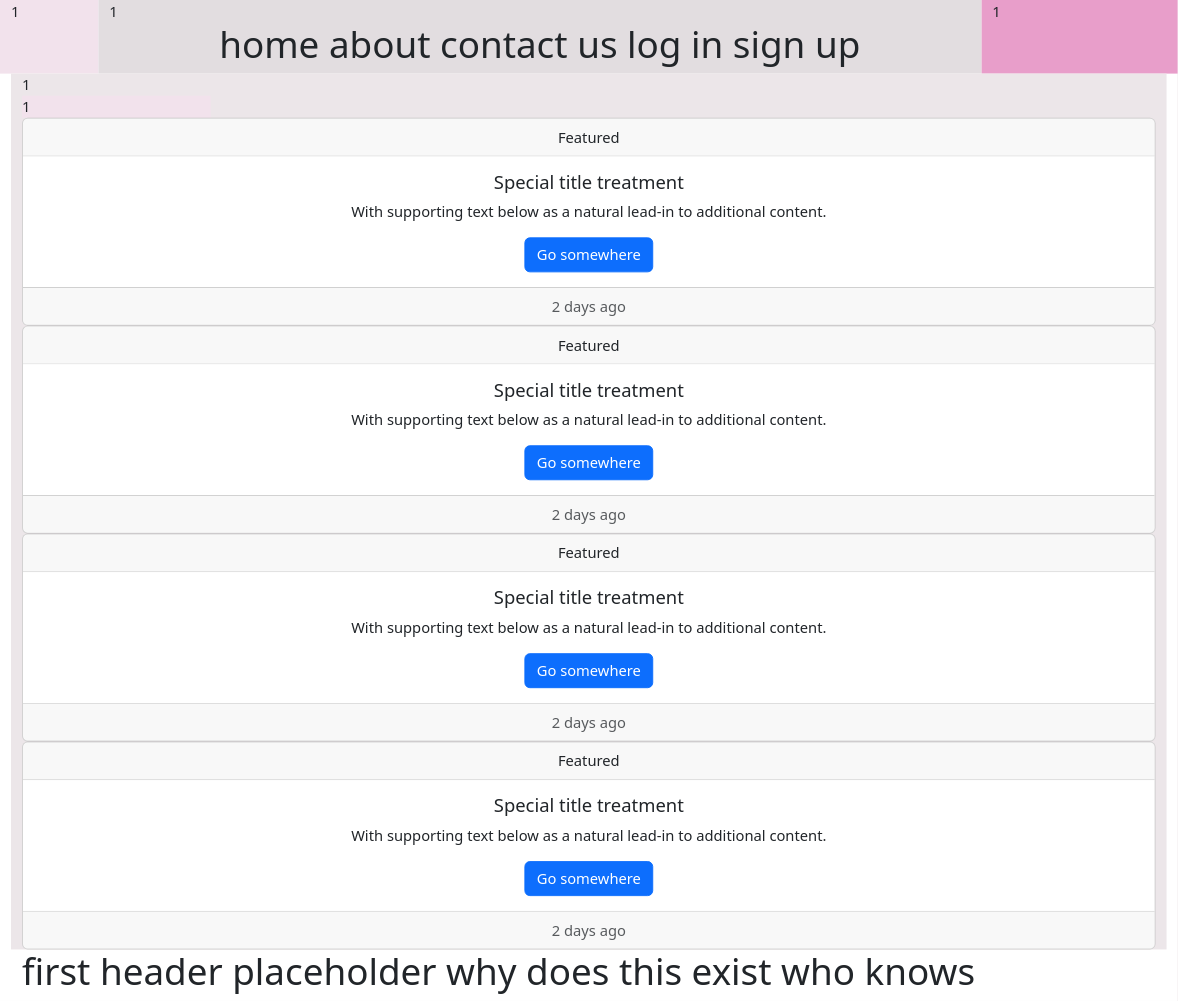
Repository: Treestr/classroom-assistant
Page: templates/homepage.html
These files come from the project's save history. The page is drawn as it stood at one moment and after the next save; the edit follows.
The browser window is 1280 px wide. The pictures show the whole page, at 92% of full size.
The template is drawn by Flask 3. The application's start-up code is not run. Other server files are loaded and not shown. The template is opened directly, without the code that normally fills it, so the values that code supplies are empty.

Above is the page before, as saved 2024-04-21 20:01:12.

### templates/homepage.html
<!DOCTYPE html>
<html lang="en">
  <head>
    <meta charset="utf-8" />
    <meta name="viewport" content="width=device-width, initial-scale=1" />
    <title>Bootstrap demo</title>
    <link
      href="https://cdn.jsdelivr.net/npm/bootstrap@5.3.3/dist/css/bootstrap.min.css"
      rel="stylesheet"
      integrity="sha384-QWTKZyjpPEjISv5WaRU9OFeRpok6YctnYmDr5pNlyT2bRjXh0JMhjY6hW+ALEwIH"
      crossorigin="anonymous"
    />
  </head>
  <body>
    <div class="container-fluid">
      <div class="row">
        <div class="col-1" style="background-color: rgb(242, 226, 236)">1</div>
          <div class="col-9" style="background-color: rgb(226, 221, 224)">1
          <h1><center>home about contact us log in sign up </center></h1>
        </div>


           <div class="col-2" style="background-color: rgb(232, 158, 202)">1</div>
      </div>

      <div class="container-fluid">
    <div class="row">
        <div class="col-12" style="background-color: rgb(236, 230, 233)">1
            <div class="col-2" style="background-color: rgb(242, 226, 236)">1</div>




<div class="card text-center">
  <div class="card-header">
    Featured
  </div>
  <div class="card-body">
    <h5 class="card-title">Special title treatment</h5>
    <p class="card-text">With supporting text below as a natural lead-in to additional content.</p>
    <a href="#" class="btn btn-primary">Go somewhere</a>
  </div>
  <div class="card-footer text-body-secondary">
    2 days ago
  </div>
</div>

<div class="card text-center">
  <div class="card-header">
    Featured
  </div>
  <div class="card-body">
    <h5 class="card-title">Special title treatment</h5>
    <p class="card-text">With supporting text below as a natural lead-in to additional content.</p>
    <a href="#" class="btn btn-primary">Go somewhere</a>
  </div>
  <div class="card-footer text-body-secondary">
    2 days ago
  </div>
</div>

<div class="card text-center">
  <div class="card-header">
    Featured
  </div>
  <div class="card-body">
    <h5 class="card-title">Special title treatment</h5>
    <p class="card-text">With supporting text below as a natural lead-in to additional content.</p>
    <a href="#" class="btn btn-primary">Go somewhere</a>
  </div>
  <div class="card-footer text-body-secondary">
    2 days ago
  </div>
</div>
<div class="card text-center">
  <div class="card-header">
    Featured
  </div>
  <div class="card-body">
    <h5 class="card-title">Special title treatment</h5>
    <p class="card-text">With supporting text below as a natural lead-in to additional content.</p>
    <a href="#" class="btn btn-primary">Go somewhere</a>
  </div>
  <div class="card-footer text-body-secondary">
    2 days ago
  </div>
</div>





        </div>

    </div>
    <h1>first header placeholder why does this exist who knows</h1>
    <script
      src="https://cdn.jsdelivr.net/npm/bootstrap@5.3.3/dist/js/bootstrap.bundle.min.js"
      integrity="sha384-YvpcrYf0tY3lHB60NNkmXc5s9fDVZLESaAA55NDzOxhy9GkcIdslK1eN7N6jIeHz"
      crossorigin="anonymous"
    ></script>
    <script
      src="https://cdn.jsdelivr.net/npm/@popperjs/core@2.11.8/dist/umd/popper.min.js"
      integrity="sha384-I7E8VVD/ismYTF4hNIPjVp/Zjvgyol6VFvRkX/vR+Vc4jQkC+hVqc2pM8ODewa9r"
      crossorigin="anonymous"
    ></script>
    <script
      src="https://cdn.jsdelivr.net/npm/bootstrap@5.3.3/dist/js/bootstrap.min.js"
      integrity="sha384-0pUGZvbkm6XF6gxjEnlmuGrJXVbNuzT9qBBavbLwCsOGabYfZo0T0to5eqruptLy"
      crossorigin="anonymous"
    ></script>
  </body>
</html>

After the next save:
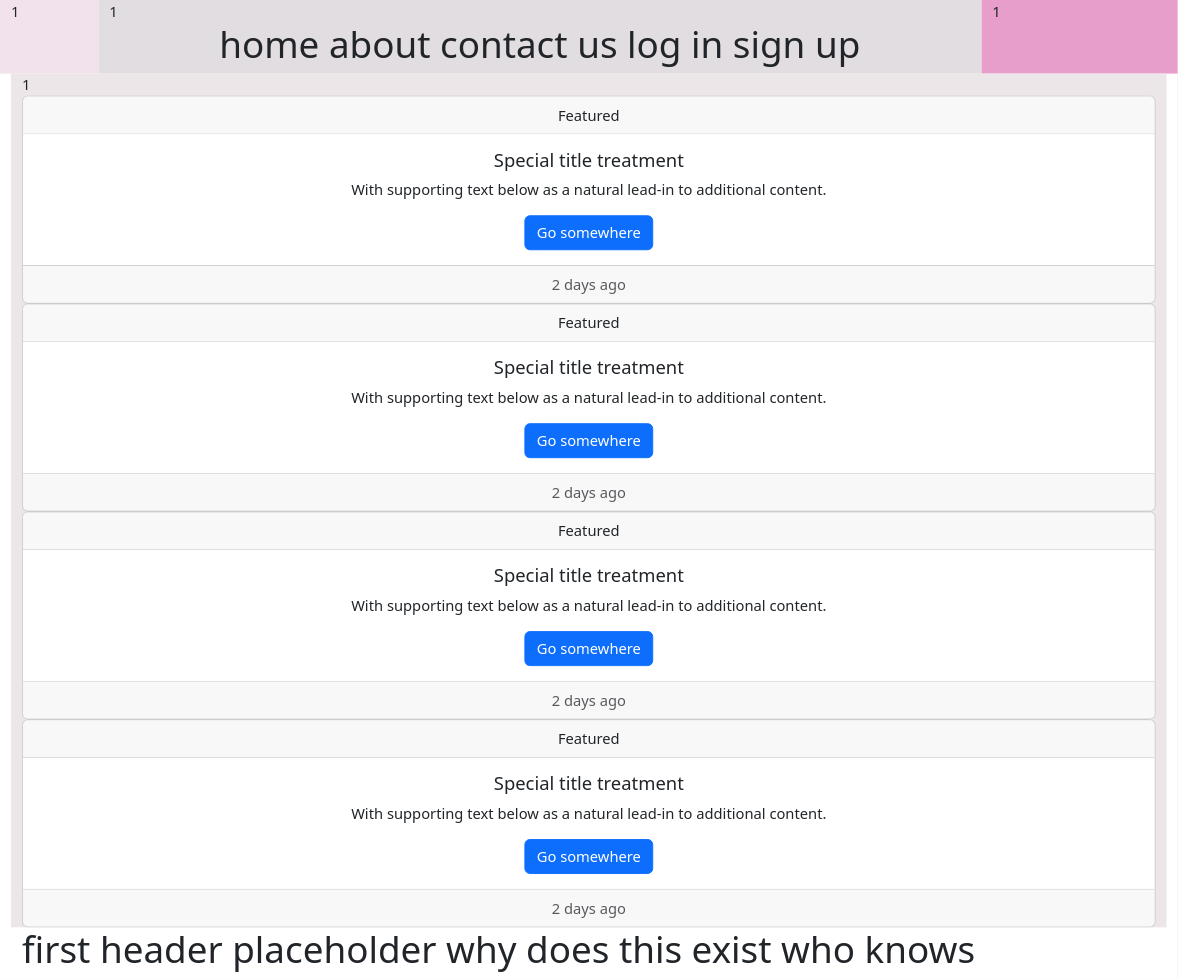
Saved 11 s later.
--- a/templates/homepage.html
+++ b/templates/homepage.html
@@ -26,7 +26,8 @@
       <div class="container-fluid">
     <div class="row">
         <div class="col-12" style="background-color: rgb(236, 230, 233)">1
-            <div class="col-2" style="background-color: rgb(242, 226, 236)">1</div>
+
+
 
 
 

After the save that followed:
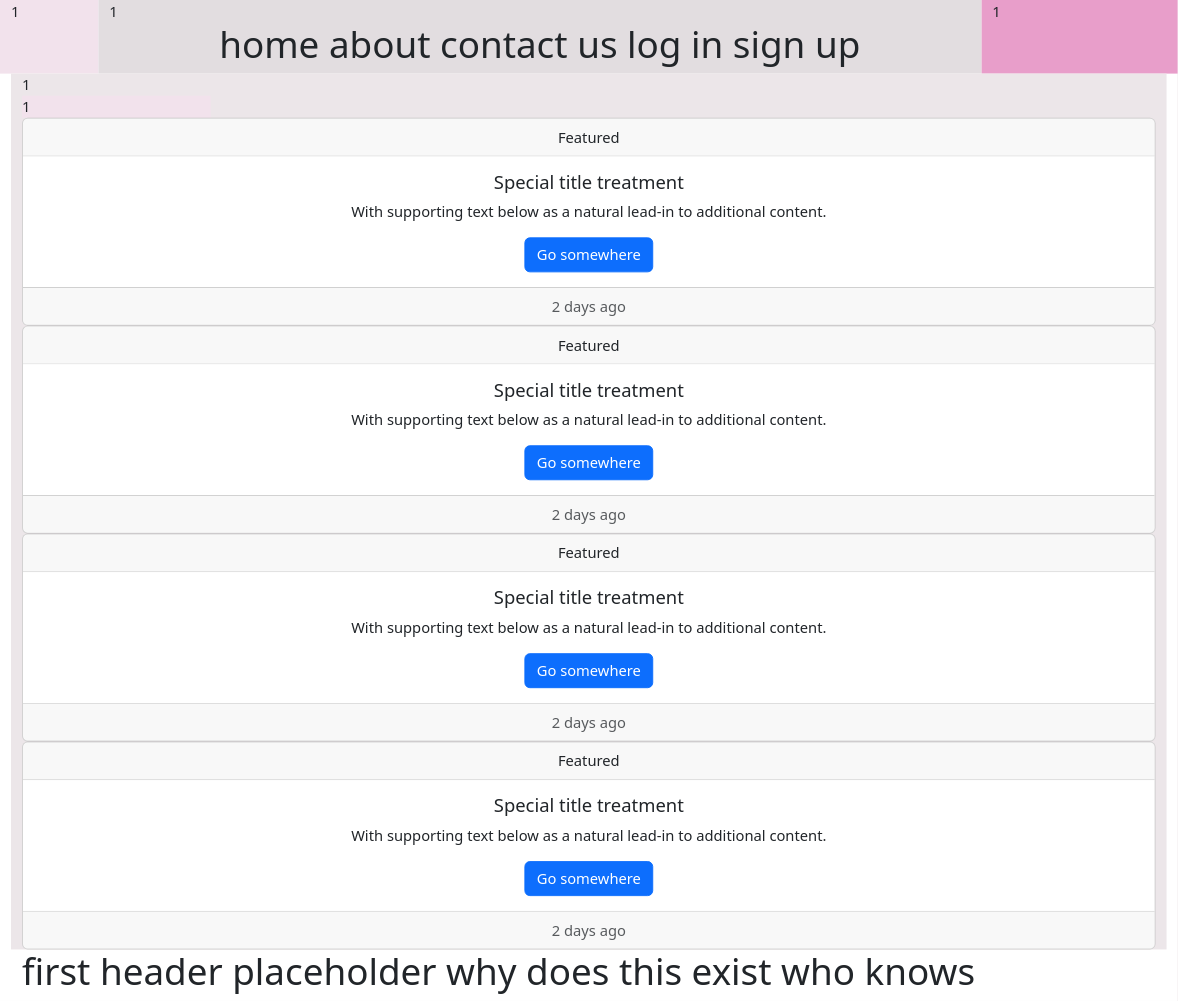
Saved 42 s later.
--- a/templates/homepage.html
+++ b/templates/homepage.html
@@ -26,8 +26,7 @@
       <div class="container-fluid">
     <div class="row">
         <div class="col-12" style="background-color: rgb(236, 230, 233)">1
-
-
+            <div class="col-2" style="background-color: rgb(242, 226, 236)">1</div>
 
 
 
